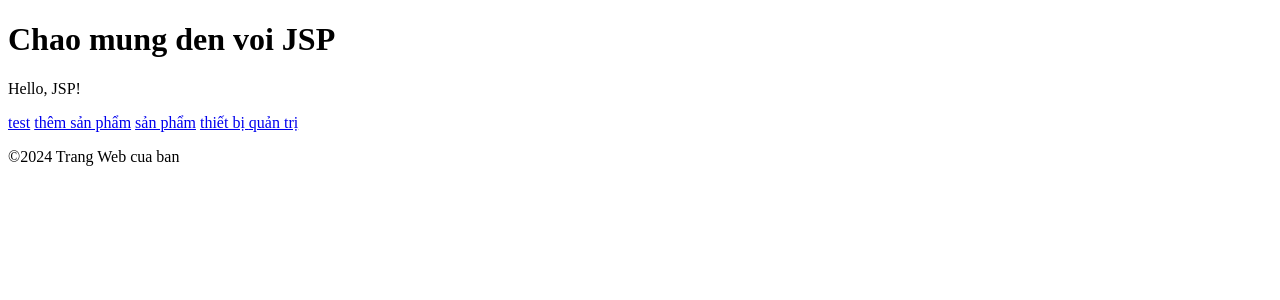
Repository: vuduckhoa/K22CNT2_VuDucKhoa_2210900032_project3
Page: http://localhost/K22CNT2_VuDucKhoa_2210900032_PRJ3/
The author's editor kept a copy of each file at every save. The page is drawn from the files as they stood at one save, then again after the next save.
The browser window is 1280 px wide. The pictures show the whole page.
The page is served by Tomcat 9. Other server files are loaded and not shown.

Above is the page before, as saved 2025-02-28 08:35:49.

### K22CNT2_VuDucKhoa_2210900032_PRJ3/src/main/webapp/index.jsp
<%@ page language="java" contentType="text/html; charset=UTF-8"
    pageEncoding="UTF-8"%>
<!DOCTYPE html>
<html>
<head>
<meta charset="UTF-8">
<title>Trang JSP demo</title>


</head>
<body>
<div class="header">
    <h1>Chao mung den voi JSP </h1>


   </div>
   <div class="content">
   <%
   // viet ma Java o day
    String message = " Hello, JSP!";
   out.print("<p>" + message + "</p>");
   %>
   </div>
    <a href="list">test</a>
   <a href="saveform">thêm sản phẩm</a>
  <td><a href="viewform" class="view-more-link">sản phẩm</a></td>
     <a href="xxx">thiết bị </a>
       <a href="xxx">quản trị </a>

   <div class="footer">
   <p>&copy;2024 Trang Web cua ban </p>
   </div>

</body>
</html>

After the next save:
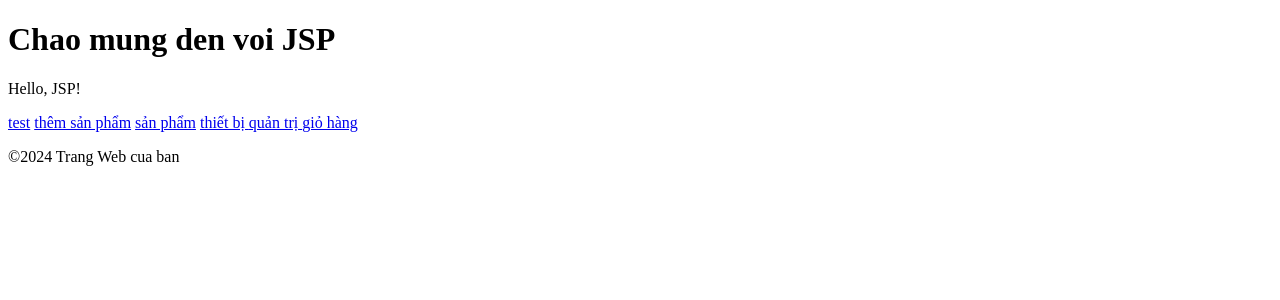
Saved 21 s later.
--- a/K22CNT2_VuDucKhoa_2210900032_PRJ3/src/main/webapp/index.jsp
+++ b/K22CNT2_VuDucKhoa_2210900032_PRJ3/src/main/webapp/index.jsp
@@ -26,6 +26,8 @@
   <td><a href="viewform" class="view-more-link">sản phẩm</a></td>
      <a href="xxx">thiết bị </a>
        <a href="xxx">quản trị </a>
+            <a href="giohang">giỏ hàng </a>
+
 
    <div class="footer">
    <p>&copy;2024 Trang Web cua ban </p>
